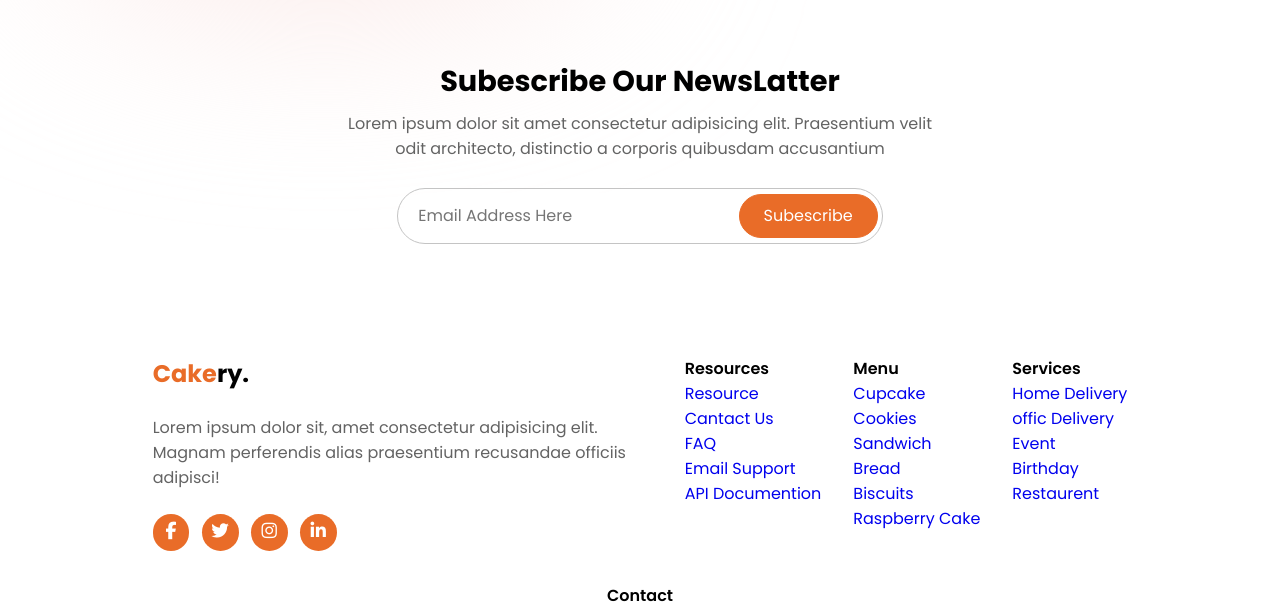
Repository: kingamirhosein100000-maker/cake.shop
Page: index.html
These files come from the project's save history. The page is drawn as it stood at one moment and after the next save; the edit follows.
The browser window is 1280 px wide. The pictures show the part of the page from y = 4552 to 5285 px (the page is 5160 px tall before and 5285 px after).
A picture or video elsewhere on the page could not be fetched, so the positions and the page height are approximate. Some web libraries are served in a nearby version.

Above is the page before, as saved 2026-01-29 17:52:09.

### index.html
<!DOCTYPE html>
<html lang="en">

<head>
    <meta charset="UTF-8">
    <meta name="viewport" content="width=device-width, initial-scale=1.0">
    <title>Bakery Website</title>
    <link rel="stylesheet" href="style.css">
    <link rel="stylesheet" href="https://cdnjs.cloudflare.com/ajax/libs/font-awesome/7.0.1/css/all.min.css" integrity="sha512-2SwdPD6INVrV/lHTZbO2nodKhrnDdJK9/kg2XD1r9uGqPo1cUbujc+IYdlYdEErWNu69gVcYgdxlmVmzTWnetw==" crossorigin="anonymous" referrerpolicy="no-referrer"
    />
</head>

<body>
    <!-- Header Part -->
    <header>
        <nav class="navbar container">
            <div class="logo">
                <a class="logo-txt" href="#">
                        Cake<span>ry.</span>
                    </a>

            </div>
            <ul class="navlist">
                <li>
                    <a href="#" class="navlinks active">
                            Home
                        </a>
                </li>
                <li>
                    <a href="#" class="navlinks">
                            About
                        </a>
                </li>
                <li>
                    <a href="#" class="navlinks">
                            Menu
                        </a>
                </li>
                <li>
                    <a href="#" class="navlinks">
                            Restaurent
                        </a>
                </li>
                <li>
                    <a href="#" class="navlinks">
                            Order
                        </a>
                </li>
                <li>
                    <a href="#" class="navlinks">
                            Contact
                        </a>
                </li>

            </ul>
            <div class="nav-icons">
                <a href="#" class="icons-link">
                    <i class="fa-solid  fa-user"></i>
                </a>
                <a href="#" class="icons-link">
                    <i class="fa-solid fa-shopping-cart"></i>

                </a>
            </div>
            <div class="hamburger">
                <div class="burger"></div>
                <div class="burger"></div>
                <div class="burger"></div>
            </div>
        </nav>
    </header>
    <!-- Section Parts -->
    <main>

        <!-- /* hero-section */ -->

        <section class="hero-section container">
            <div class="content">
                <div class="whatch">
                    <a href="#" class="icons-link">
                        <i class="fa-solid fa-play"></i>
                    </a>
                    <h3>Watch Video</h3>
                </div>
                <h1>The Perfect Baked Cake Everyday!</h1>
                <p>Lorem ipsum dolor sit, amet consectetur adipisicing elit. Facere laborum quaerat beatae molestiae explicabo asperiores, fugit harum quibusdam sit nesciunt illo.</p>
                <div class="btn-continer">
                    <button>Read More</button>
                    <button data-type="borderd-btn">Order Now</button>
                </div>
            </div>
            <div class="img-conteiner">
                <img src="img/cake.png" alt="عکس کیک ">
            </div>
        </section>
        <!-- Store section -->
        <section class="other-section container">
            <div class="column-canteiner">
                <h2>Welcome To Our Store</h2>
                <p data-type="centerd-txt">Lorem ipsum dolor sit amet consectetur adipisicing elit. Necessitatibus sit earum porro at! Officia, repellat. Modi, tempore minima.</p>
                <div class="card-conteiner">
                    <div class="card" data-type="category">
                        <img src="img/pastery.png">
                        <h3>Cake</h3>
                    </div>
                    <div class="card" data-type="category">
                        <img src="img/sandwich.png">
                        <h3>Sandwich</h3>
                    </div>
                    <div class="card" data-type="category">
                        <img src="img/cookie.png">
                        <h3>Cookie</h3>
                    </div>
                    <div class="card" data-type="category">
                        <img src="img/bread.png">
                        <h3>Bread</h3>
                    </div>
                </div>
            </div>
            </div>
        </section>
        <!-- About section -->
        <section class="other-section container">
            <div class="row-container">
                <div class="image-container">
                    <img src="img/cupcake.jpg">
                </div>


                <div class="content">
                    <h2>About<br> Cakery Bakery</h2>
                    <p>Lorem ipsum dolor sit amet, consectetur adipisicing elit. Laboriosam, necessitatibus nisi nemo, libero molestiae quas quibusdam incidunt voluptate adipisci consequatur ducimus autem</p>
                    <p>Lorem ipsum dolor sit amet consectetur adipisicing elit. Amet quidem rerum maiores quae saepe</p>
                    <button>Read More</button>
                </div>
            </div>
        </section>
        <!-- Featured Food -->

        <section class="other-section container">
            <div class="column-canteiner">
                <h2>Our Featured</h2>
                <p data-type="centerd-txt">Lorem ipsum dolor sit amet consectetur adipisicing elit. Praesentium velit odit architecto, distinctio a corporis quibusdam accusantium tempora </p>



                <div class="card-conteiner">
                    <div class="card" data-type="item">
                        <div class="image-part">
                            <img src="img/birthday cake.jpg">
                        </div>
                        <div class="detail">
                            <h4>$10.00</h4>
                            <h4>Birthday cake</h4>
                        </div>
                    </div>
                    <div class="card" data-type="item">
                        <div class="image-part">
                            <img src="img/muffins.jpg">
                        </div>
                        <div class="detail">
                            <h4>$17.00</h4>
                            <h4>muffins</h4>
                        </div>
                    </div>
                    <div class="card" data-type="item">
                        <div class="image-part">
                            <img src="img/waffles.jpg">
                        </div>
                        <div class="detail">
                            <h4>$19.00</h4>
                            <h4>waffles</h4>
                        </div>
                    </div>
                    <div class="card" data-type="item">
                        <div class="image-part">
                            <img src="img/pancake.jpg">
                        </div>
                        <div class="detail">
                            <h4>$25.00</h4>
                            <h4>pancake</h4>
                        </div>
                    </div>

                </div>



                <div class="card-conteiner">
                    <div class="card" data-type="item">
                        <div class="image-part">
                            <img src="img/piece cake.jpg">
                        </div>
                        <div class="detail">
                            <h4>$18.00</h4>
                            <h4> detail</h4>
                        </div>
                    </div>
                    <div class="card" data-type="item">
                        <div class="image-part">

                            <img src="img/cookies.jpg">
                        </div>
                        <div class="detail">
                            <h4>$16.00</h4>
                            <h4>cookies</h4>
                        </div>
                    </div>
                    <div class="card" data-type="item">
                        <div class="image-part">
                            <img src="img/raspberry cake.jpg">
                        </div>
                        <div class="detail">
                            <h4>$67.00</h4>
                            <h4>raspberry cake</h4>
                        </div>
                    </div>
                    <div class="card" data-type="item">
                        <div class="image-part">
                            <img src="img/donut.jpg">
                        </div>
                        <div class="detail">
                            <h4>$90.00</h4>
                            <h4>donut</h4>
                        </div>
                    </div>
                </div>
            </div>
        </section>
        <!-- App section -->
        <section class="other-section container">
            <div class="row-container">
                <div class="content">
                    <h2>App Is Soon <br> On App Store</h2>
                    <p>Lorem ipsum dolor sit, amet consectetur adipisicing elit. Consequuntur omnis sequi in fugiat iusto laborum, delectus magnam eum! Aspernatur quaerat ex excepturi.</p>
                    <div class="app-img">
                        <img src="img/app store.png" alt="App Store">
                        <img class="qqqq" src="img/play store.png" alt="Google Play">
                    </div>


                </div>
                <div class="img-conteiner">
                    <img src="img/bakery app.png">
                </div>
            </div>
        </section>
        <!-- Best Food section -->
        <section class="other-seimction container">
            <div class="row-container">
                <div class="img-conteiner">
                    <img src="img/creamy pancake.png">
                </div>
                <div class="content">
                    <h2>Best Sell <br> In This Week!</h2>
                    <div class="rating">
                        <h4>$15.00</h4>
                        <img src="img/five star ok.png">
                    </div>
                    <p>Lorem ipsum dolor sit, amet consectetur adipisicing elit. Commodi, libero soluta! Quia nostrum unde corrupti ratione quibusdam dolores sed, voluptatum aliquid possimus!</p>
                    <p>Lorem ipsum dolor sit amet, consectetur adipisicing elit. Voluptate cum mollitia culpa ullam numquam.</p>
                    <button>Buy Now</button>


                </div>
            </div>
        </section>
        <!-- NewsLatter section -->
        <section class="other-section container">
            <div class="column-canteiner">
                <h2>Subescribe Our NewsLatter</h2>
                <p data-type="centerd-txt">Lorem ipsum dolor sit amet consectetur adipisicing elit. Praesentium velit odit architecto, distinctio a corporis quibusdam accusantium</p>

                <form class="form-canteiner">
                    <input type="email" name="email" id="email" autocomplete="off" placeholder="Email Address Here">
                    <input type="submit" value="Subescribe" class="form-btn">
                </form>
            </div>
        </section>
    </main>
    <!-- Footer Parts -->
    <footer>
<div class="column-canteiner container">
    <div class="card-conteiner">

    <div class="column">
        <div class="logo">
                            <a class="logo-txt" href="#">
                        Cake<span>ry.</span>
                    </a>
        </div>

        <p>Lorem ipsum dolor sit, amet consectetur adipisicing elit. Magnam perferendis alias praesentium recusandae officiis adipisci!</p>
        <div class="icons">
            <a href="#" class="icons-link">
                <i class="fa-brands fa-facebook-f"></i>
            </a>
            <a href="#" class="icons-link">
                <i class="fa-brands fa-twitter"></i>
            </a>
            <a href="#" class="icons-link">
                <i class="fa-brands fa-instagram"></i>
            </a>
            <a href="#" class="icons-link">
                <i class="fa-brands fa-linkedin-in"></i>
            </a>
        </div>
    </div>
    <div class="column">
<h4>Resources</h4>
<ul class="footer-list">
    <li>
        <a href="#" class="footer-links">Resource</a>
    </li>
    <li>
        <a href="#" class="footer-links">Cantact Us</a>
    </li>
    <li>
        <a href="#" class="footer-links">FAQ</a>
    </li>
    <li>
        <a href="#" class="footer-links">Email Support</a>
    </li>
    <li>
        <a href="#" class="footer-links">API Documention</a>
    </li>
</ul>
    </div>
    <div class="column">
        <h4>Menu</h4>
        <ul class="footer-list">
    <li>
        <a href="#" class="footer-links">Cupcake</a>
    </li>
    <li>
        <a href="#" class="footer-links">Cookies</a>
    </li>
    <li>
        <a href="#" class="footer-links">Sandwich</a>
    </li>
    <li>
        <a href="#" class="footer-links">Bread</a>
    </li>
    <li>
        <a href="#" class="footer-links">Biscuits</a>
    </li>
    <li>
        <a href="#" class="footer-links">Raspberry Cake</a>
    </li>
</ul>
    </div>
    <div class="column">
        <h4>Services</h4>
<ul class="footer-list">
    <li>
        <a href="#" class="footer-links">Home Delivery</a>
    </li>
    <li>
        <a href="#" class="footer-links">offic Delivery</a>
    </li>
    <li>
        <a href="#" class="footer-links">Event</a>
    </li>
    <li>
        <a href="#" class="footer-links">Birthday</a>
    </li>
    <li>
        <a href="#" class="footer-links">Restaurent</a>
    </li>
</ul>
    </div>
    <div class="column">
        <h4>Contact</h4>
        <ul class="footer-list">



</ul>
    </div>
    </div>
</div>

    </footer>
    <script src=" main.js "></script>
</body>

</html>

### style.css
                    @import url('https://fonts.googleapis.com/css2?family=Open+Sans:ital,wght@0,300..800;1,300..800&family=Poppins:ital,wght@0,100;0,200;0,300;0,400;0,500;0,600;0,700;0,800;0,900;1,100;1,200;1,300;1,400;1,500;1,600;1,700;1,800;1,900&family=Roboto:ital,wght@0,100..900;1,100..900&display=swap');
                    * {
                        margin: 0;
                        padding: 0;
                        box-sizing: border-box;
                        font-family: "Poppins", sans-serif;
                    }

                     :root {
                        --orange-clr: #E96C28;
                        --white-clr: #FFF;
                        --black-clr: #000;
                        --gray-clr: #636363;
                        --light-clr: #C4C4C4;
                        --dawn-pink: #FAE7E5;
                        --frosted-mint: #DCFEF9;
                    }
                    /* Header Parts */

                    .logo-txt {
                        font-size: 1.5rem;
                        color: var(--orange-clr);
                        font-weight: bold;
                    }

                    a {
                        text-decoration: none;
                    }

                    span {
                        color: var(--black-clr);
                    }

                    .navlist {
                        display: flex;
                        align-items: center;
                        gap: 2rem;
                    }

                    li {
                        list-style: none;
                    }

                    .navlinks {
                        color: var(--black-clr);
                        font-weight: 500;
                    }

                    .active,
                    .navlinks:hover {
                        color: var(--orange-clr);
                        transition: 0.4s;
                    }



                    .icons-link {
                        background: var(--orange-clr);
                        width: 2.3rem;
                        aspect-ratio: 1;
                        border-radius: 50%;
                        margin-right: .5rem;
                        display: inline-block;
                        text-align: center;
                        line-height: 2.3rem;
                        transition: .3s ease-in-out;
                    }

                    .icons-link:hover {
                        transform: translateY(-10%);
                    }

                    .fa-solid,.fa-brands {
                        font-size: 1.1rem;
                        color: var(--white-clr);
                    }

                    header {
                        height: 13vh;

                    }

                    .navbar {
                        display: flex;
                        justify-content: space-between;
                        align-items: center;
                        height: 100%;

                    }

                    .container {
                        width: 80%;
                        margin: auto;
                    }

                    .hamburger {
                        cursor: pointer;
                        display: none;
                    }

                    .burger {
                        background: var(--black-clr);
                        width: 2.3rem;
                        height: .25rem;
                        margin: .3rem;
                        border-radius: 2rem;
                    }
                    /* Section Parts */
                    /* hero-section */

                    .hero-section {
                        height: calc(100vh - 13vh);
                        display: flex;
                        justify-content: space-between;
                        align-items: center;
                    }

                    .content {
                        flex: 1;
                    }

                    .img-conteiner {
                        flex: 1;
                        position: relative;
                    }

                    .img-conteiner::before {
                        content: '';
                        position: absolute;
                        top: 50%;
                        right: 0;
                        background: var(--dawn-pink);
                        width: 35rem;
                        height: 30vh;
                        border-radius: 50%;
                        z-index: -1;
                        filter: blur(100px);
                    }

                    img {
                        max-width: 100%;
                        height: auto;
                    }

                    h1 {
                        font-size: 3.5rem;
                        line-height: 4rem;
                        margin-top: 1rem;
                    }

                    .whatch {
                        display: flex;
                        align-items: center;
                        gap: .5rem;
                    }

                    p {
                        color: var(--gray-clr);
                        margin-block: 1.5rem;
                        max-width: 500px;
                    }

                    .btn-continer {
                        display: flex;
                        gap: 1.5rem;
                    }

                    button,
                    .form-btn {
                        background: var(--orange-clr);
                        color: var(--white-clr);
                        border: .1rem solid var(--orange-clr);
                        padding: .55rem 1.5rem;
                        border-radius: 5rem;
                        font-size: 1rem;
                    }

                    [data-type='borderd-btn'] {
                        background: transparent;
                        color: var(--orange-clr);
                    }
                    /* <!-- Store section --> */

                    .other-section {
                        padding-block: 5rem;
                    }

                    .row-conteiner {
                        display: flex;
                        flex-direction: row;
                        justify-content: center;
                        align-items: center;
                        gap: 5rem;
                    }

                    .column-canteiner {
                        display: flex;
                        flex-direction: column;
                        justify-content: center;
                        align-items: center;
                    }

                    h2 {
                        font-size: 1.8rem;
                    }

                    [ data-type="centerd-txt"] {
                        text-align: center;
                        max-width: 600px;
                        margin-block: .5em;
                    }

                    .card-conteiner {
                        display: flex;
                        justify-content: center;
                        flex-wrap: wrap;
                        gap: 2rem;
                        margin-top: 2rem;
                    }

                    .card {
                        width: 15rem;
                        text-align: center;
                        border-radius: 1rem;
                        box-shadow: rgba(0, 0, 0, 0.16) 0px 1px 4px;
                        transition: .2s ease-in-out;
                    }

                    .card:hover {
                        box-shadow: rgba(50, 50, 93, 0.25) 0px 13px 27px -5px, rgba(0, 0, 0, .3) 0px 8px 16px -8px;
                    }

                    .row-container {
                        display: flex;
                        flex-direction: row;
                        justify-content: space-between;
                        align-items: center;
                        gap: 4.5rem;
                    }
                    /* <!-- Featured Food --> */

                    h4 {
                        font-weight: 600;
                    }

                    [ data-type="category"] {
                        padding-block: 2.5rem;
                    }

                    [data-type="item"] {
                        padding-bottom: 1.5rem;
                        overflow: hidden;
                    }

                    .image-part img {
                        width: 100%;
                        height: 100%;
                        object-fit: cover;
                    }

                    .detail {
                        margin-top: 1rem;
                    }
                    /* <!-- App section --> */

                    .app-img {
                        display: flex;
                        gap: 1rem;
                        width: 100%;
                        height: 4rem;
                    }

                    .app-img img {
                        width: 180px;
                        /* هم‌سایز */
                        height: 55px;
                        object-fit: contain;
                        border-radius: 12px;
                        /* گوشه‌های گرد */
                        background: #000;
                        /* برای PNG شفاف */
                        padding: 6px 10px;
                        transition: all 0.3s ease;
                    }
                    /* افکت هاور */

                    .app-img img:hover {
                        transform: translateY(-3px);
                        box-shadow: 0 10px 25px rgba(0, 0, 0, 0.25);
                        cursor: pointer;
                    }
                    /* <!-- Best Food section --> */

                    .rating img {
                        width: 6rem;
                    }

                    .rating h4 {
                        color: var(--orange-clr);
                        font-size: 1.3rem;
                    }

                    .rating {
                        display: flex;
                        align-items: center;
                        gap: 2rem;
                        margin-top: 1rem;
                    }
                    /* <!-- NewsLatter section --> */

                    .form-canteiner {
                        margin-top: 1.2rem;
                        border: .02rem solid var(--light-clr);
                        height: 3.5rem;
                        border-radius: 5rem;
                        padding: .25rem;
                    }

                    input[type="email"] {
                        height: 100%;
                        border-radius: 5rem 0 0 5rem;
                        border: none;
                        font-size: 1rem;
                        padding-left: 1rem;
                    }

                    input:focus {
                        outline: none;
                    }
                    /* footer section */

### main.js
let Name = "Alri";
switch (Name) {
    case "Amir":
        console.log("turo")

        break;
    case "Ali":
        console.log("false")
        break
    default:
        console.log("nothing")
        break;
}

After the next save:
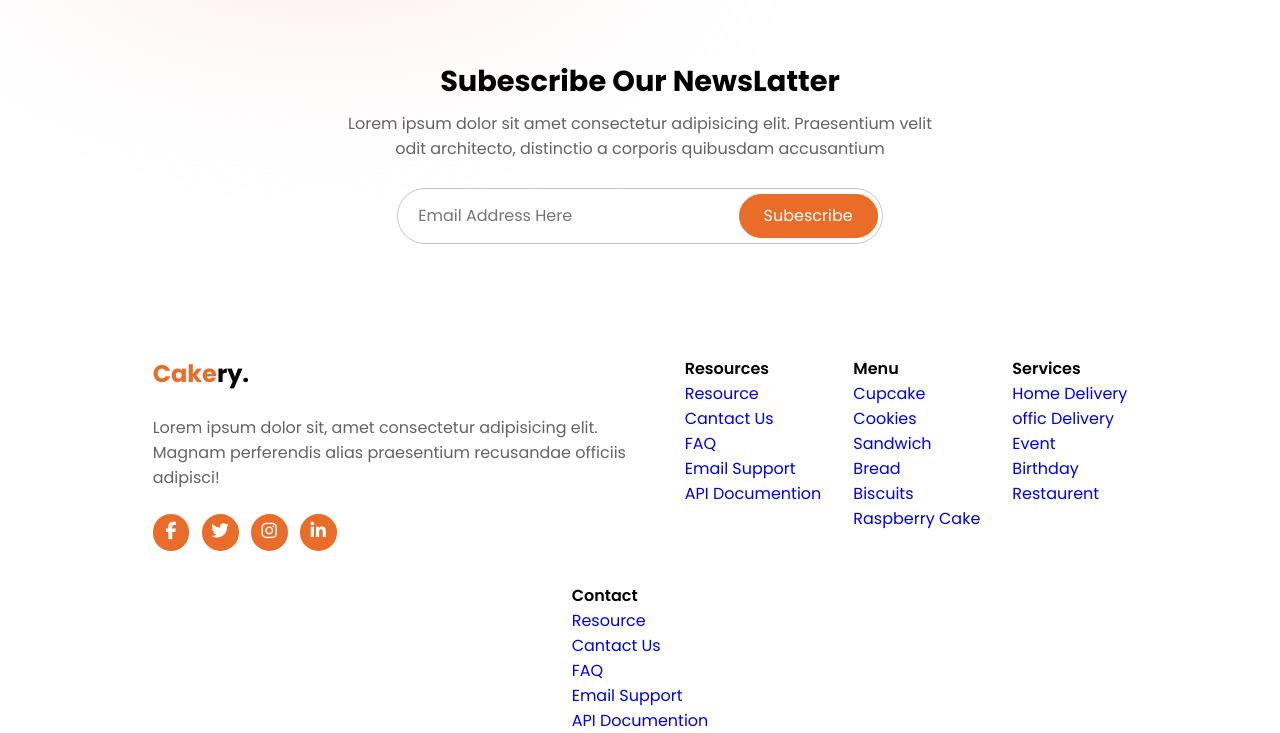
Saved 21 s later.
--- a/index.html
+++ b/index.html
@@ -371,10 +371,22 @@
     </div>
     <div class="column">
         <h4>Contact</h4>
-        <ul class="footer-list">
-
-
-
+<ul class="footer-list">
+    <li>
+        <a href="#" class="footer-links">Resource</a>
+    </li>
+    <li>
+        <a href="#" class="footer-links">Cantact Us</a>
+    </li>
+    <li>
+        <a href="#" class="footer-links">FAQ</a>
+    </li>
+    <li>
+        <a href="#" class="footer-links">Email Support</a>
+    </li>
+    <li>
+        <a href="#" class="footer-links">API Documention</a>
+    </li>
 </ul>
     </div>
     </div>
